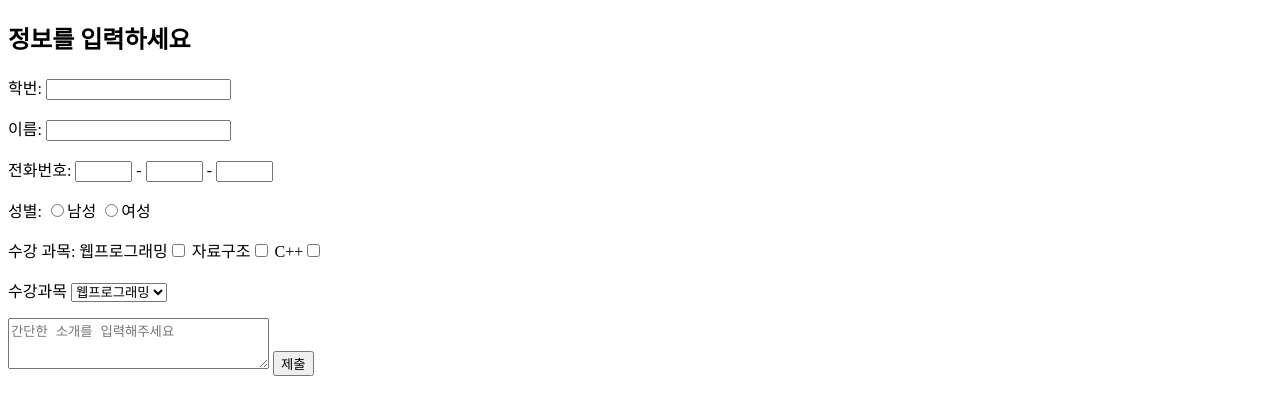
Repository: xxeionw/java_form
Page: http://localhost/formpro/form.jsp
These files come from the project's save history. The page is drawn as it stood at one moment and after the next save; the edit follows.
The browser window is 1280 px wide. The pictures show the whole page.
The page is served by Tomcat 9. Other server files are loaded and not shown.

Above is the page before, as saved 2025-05-26 10:13:20.

### formpro/src/main/webapp/form.jsp
<%@ page language="java" contentType="text/html; charset=UTF-8"
    pageEncoding="UTF-8"%>
<!DOCTYPE html>
<html>
<head>
<meta charset="EUC-KR">
<title>입력 폼</title>
</head>
<body>
	<h2> 정보를 입력하세요</h2>
	<%--<form name = "fileForm" method="post" enctype="multipart/form-data" action="result.jsp">
	<input type ="file" name="filename">
	--%>
	</form>
    <form action="result.jsp" method="post">
        <p>학번: <input type="text" name="studentId"></p>
        <p>이름: <input type="text" name="name"></p>
        <p>전화번호: <input type="text" maxlength="4" size="4" name="phone1"> -
        <input type="text" maxlength="4" size="4" name="phone2"> -
        <input type="text" maxlength="4" size="4" name="phone3"></p>

        <p>성별: <input type ="radio" name ="sex" value= "남성">남성
        <input type = "radio" name ="sex" value="여성">여성

        <p>수강 과목: 웹프로그래밍<input type="checkbox" name="subject1">
        	자료구조<input type="checkbox" name="subject2">
        	C++<input type="checkbox" name="subject3">
        <p>수강과목
            <select name="subject">
                <option value="웹프로그래밍">웹프로그래밍</option>
                <option value="자료구조">자료구조</option>
                <option value="알고리즘">알고리즘</option>
            </select>
        </p>
        <textarea name = "comment" cols="30" rows="3" placeholder="간단한 소개를 입력해주세요"></textarea>
        <input type="submit" value="제출">
    </form>
</body>
</html>

After the next save:
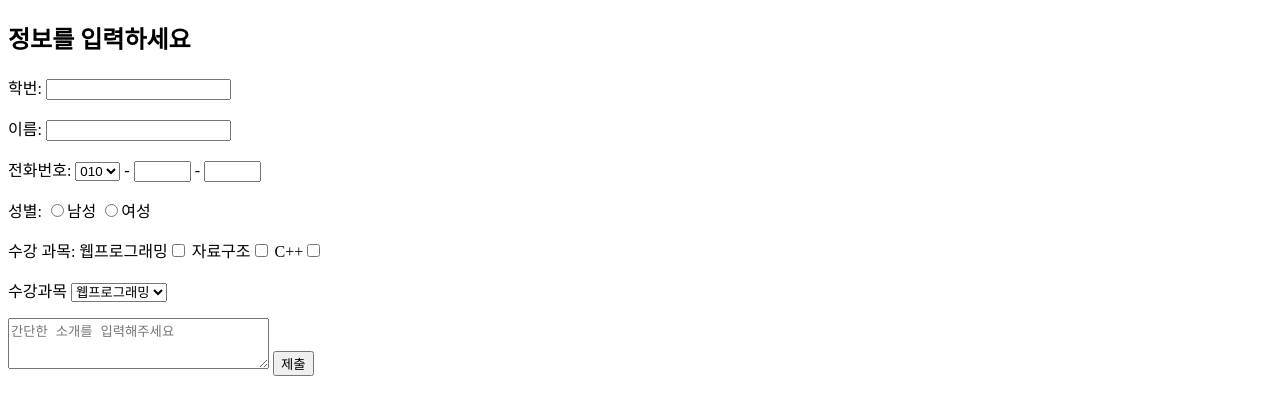
Saved 33 min 56 s later.
--- a/formpro/src/main/webapp/form.jsp
+++ b/formpro/src/main/webapp/form.jsp
@@ -11,11 +11,14 @@
 	<%--<form name = "fileForm" method="post" enctype="multipart/form-data" action="result.jsp">
 	<input type ="file" name="filename">
 	--%>
-	</form>
     <form action="result.jsp" method="post">
         <p>학번: <input type="text" name="studentId"></p>
         <p>이름: <input type="text" name="name"></p>
-        <p>전화번호: <input type="text" maxlength="4" size="4" name="phone1"> -
+        <p>전화번호: <select name="phone1">
+        	<option value="010">010</option>
+        	<option value="011">011</option>
+        	<option value="02">02</option>
+        </select> -
         <input type="text" maxlength="4" size="4" name="phone2"> -
         <input type="text" maxlength="4" size="4" name="phone3"></p>
 
